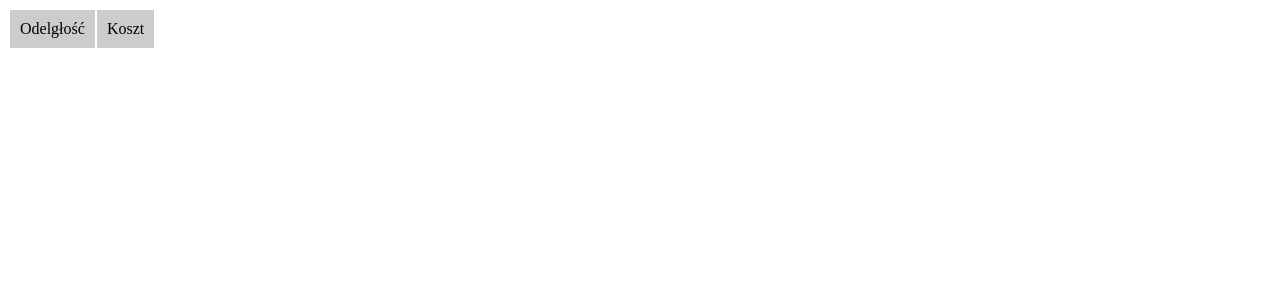
Repository: gabr/workspace
Page: http://localhost/
The author's editor kept a copy of each file at every save. The page is drawn from the files as they stood at one save, then again after the next save.
The browser window is 1280 px wide. The pictures show the whole page.
The page is run by PHP 8.4 with error messages shown; the project is at /var/www/html/.

Above is the page before, as saved 2013-02-25 16:26:25.

### php 003 - petle/index.php
<!DOCTYPE html PUBLIC "-//W3C//DTD HTML 4.01 Transitional//EN" "http://www.w3.org/TR/html4/loose.dtd">
<html>
<head>
<link rel="stylesheet" href="style.css">
<meta http-equiv="Content-Type" content="text/html; charset=UTF-8">
<title>petle</title>
</head>
<body>
  <table>
    <tr>
      <td>Odelgłość</td>
      <td>Koszt</td>
    </tr>
    <?php



    ?>
  </table>

</body>
</html>

### php 003 - petle/style.css
@CHARSET "UTF-8";

table {
  border: 0;
}

tr:first-child {
  background-color: #cccccc;
}

td {
  padding: 10px 10px 10px 10px;
}

After the next save:
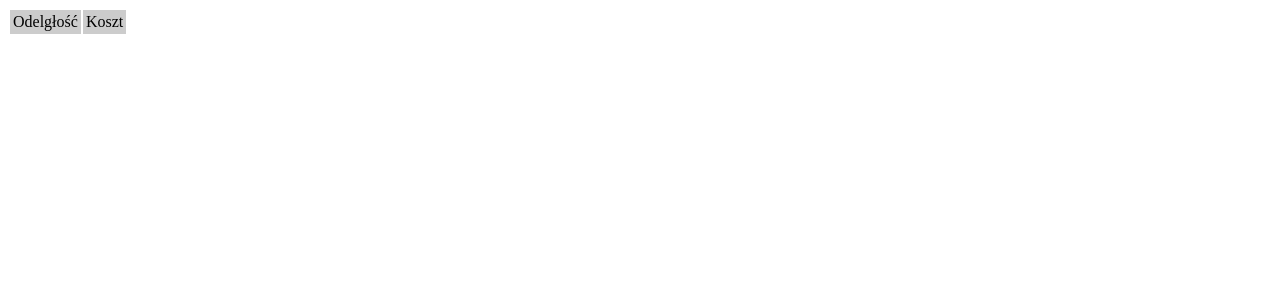
Saved 14 s later.
--- a/php 003 - petle/style.css
+++ b/php 003 - petle/style.css
@@ -9,5 +9,5 @@ tr:first-child {
 }
 
 td {
-  padding: 10px 10px 10px 10px;
+  padding: 3px 3px 3px 3px;
 }
